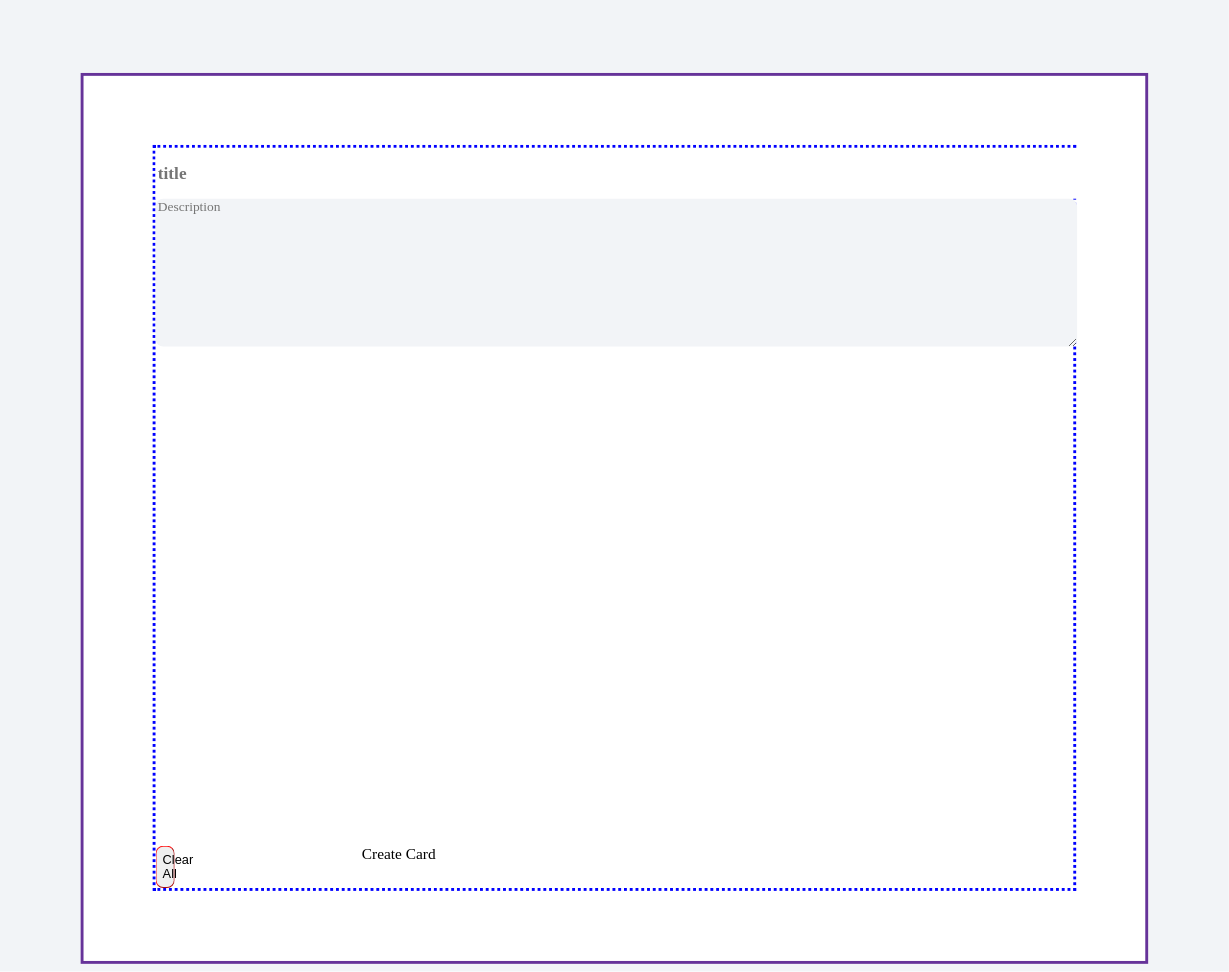
Repository: ReyhanehRahmani/TO-DO
Page: index.html
The author's editor kept a copy of each file at every save. The page is drawn from the files as they stood at one save, then again after the next save.
The browser window is 1280 px wide. The pictures show the whole page, at 96% of full size.

Above is the page before, as saved 2025-06-07 22:33:09.

After the next save:
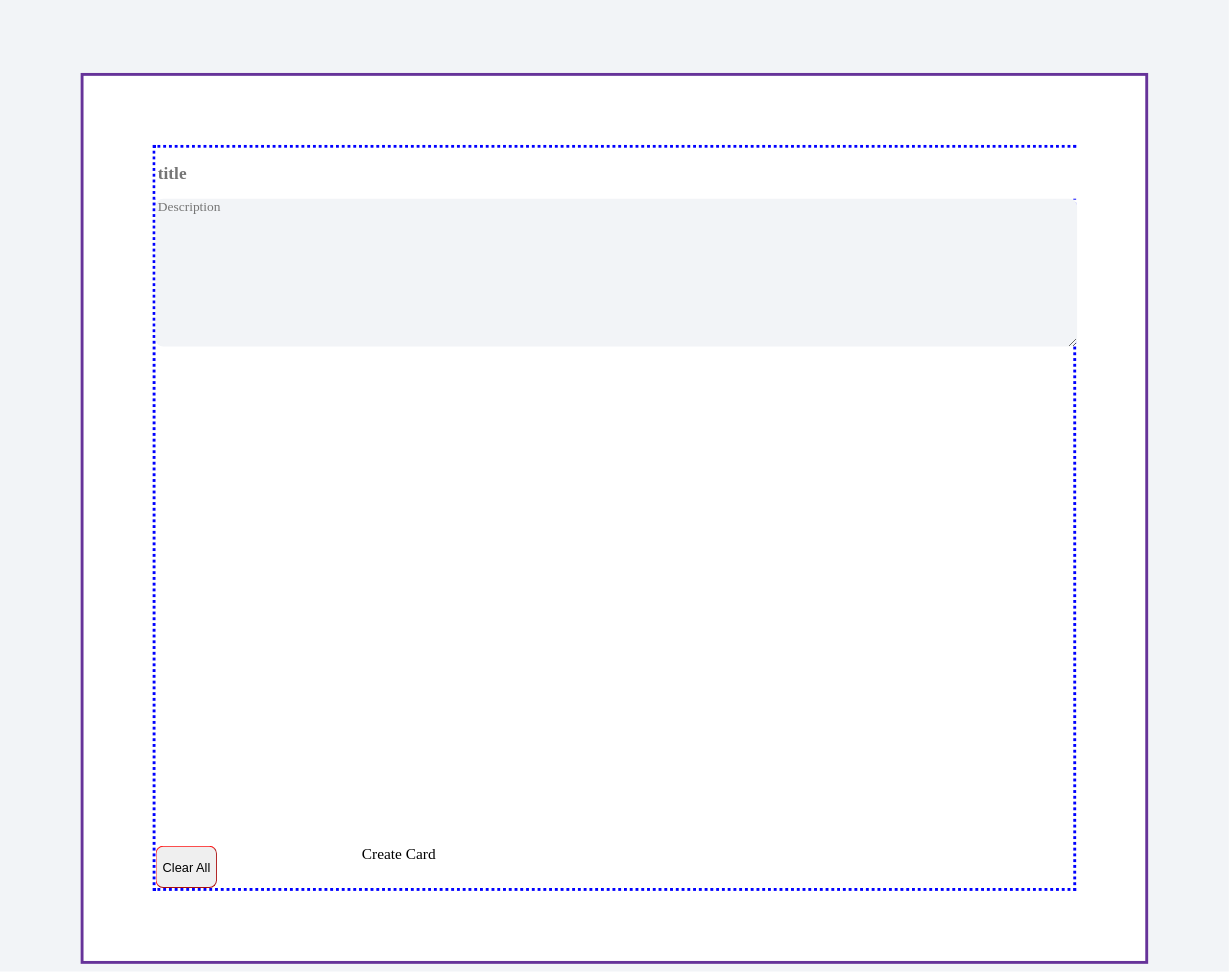
Saved 4 s later.
--- a/style.css
+++ b/style.css
@@ -61,7 +61,6 @@ body{
 }
 
 #clearbut{
-    width: 30.503144654%;
     height: 44px;
     border-radius: 8px;
     border-width: 1.4px;
